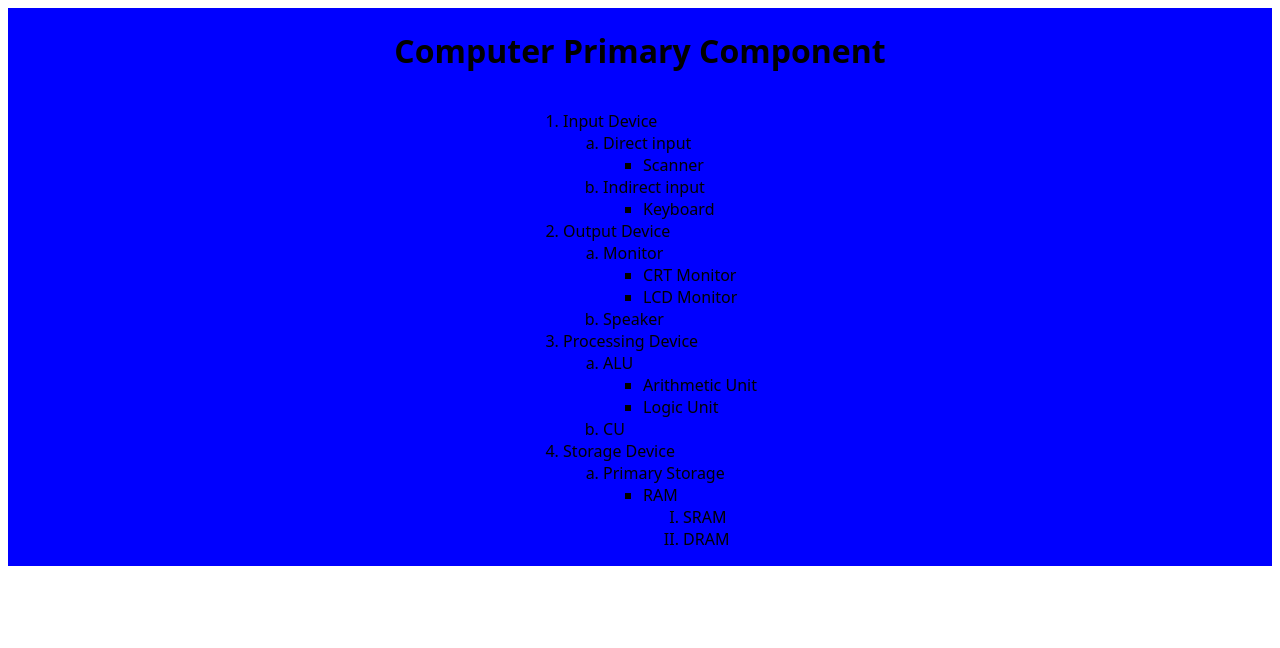
Repository: SharonSebastian32/Nested_List_in_html
Page: index.html
These files come from the project's save history. The page is drawn as it stood at one moment and after the next save; the edit follows.
The browser window is 1280 px wide. The pictures show the whole page.

Above is the page before, as saved 2024-09-01 07:48:04.

After the next save:
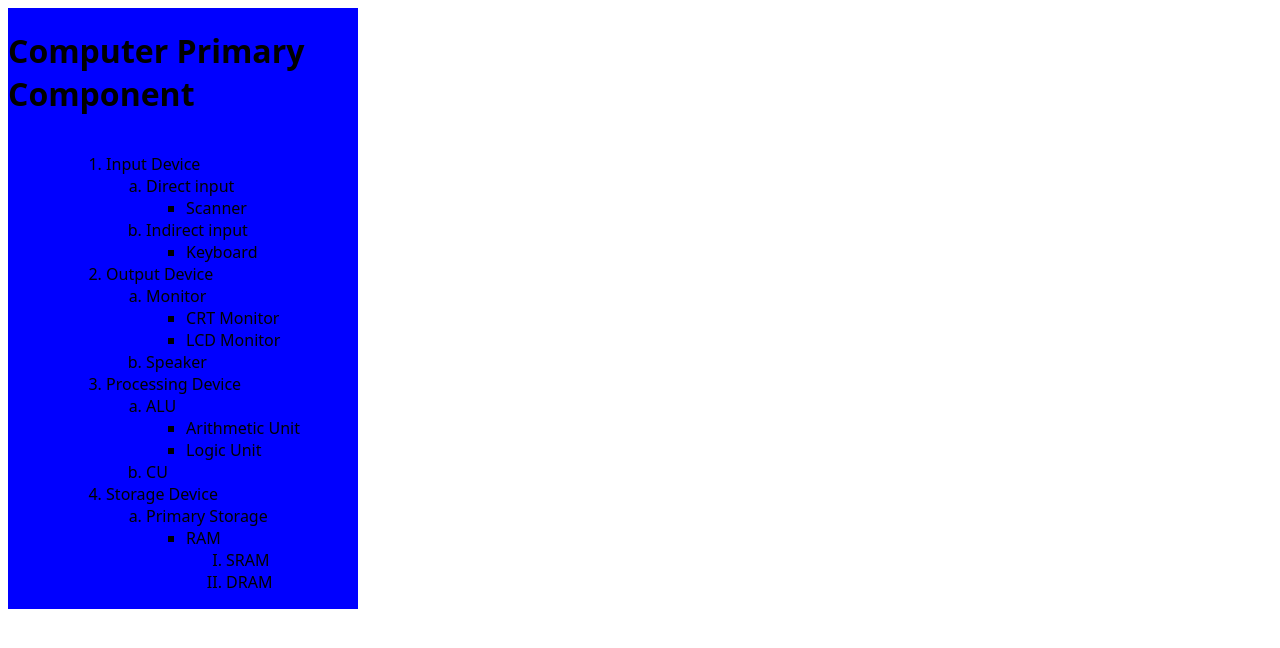
Saved 4 s later.
--- a/index.html
+++ b/index.html
@@ -7,7 +7,7 @@
     <link rel="stylesheet" href="./Styles/Styles.css" />
   </head>
   <body>
-    <div style="display: flex; justify-content: center; align-items: center; flex-direction:column; background-color: blue; width: ;">
+    <div style="display: flex; justify-content: center; align-items: center; flex-direction:column; background-color: blue; width: 350px;">
       <h1>Computer Primary Component</h1>
       <ol>
         <li>Input Device</li>
